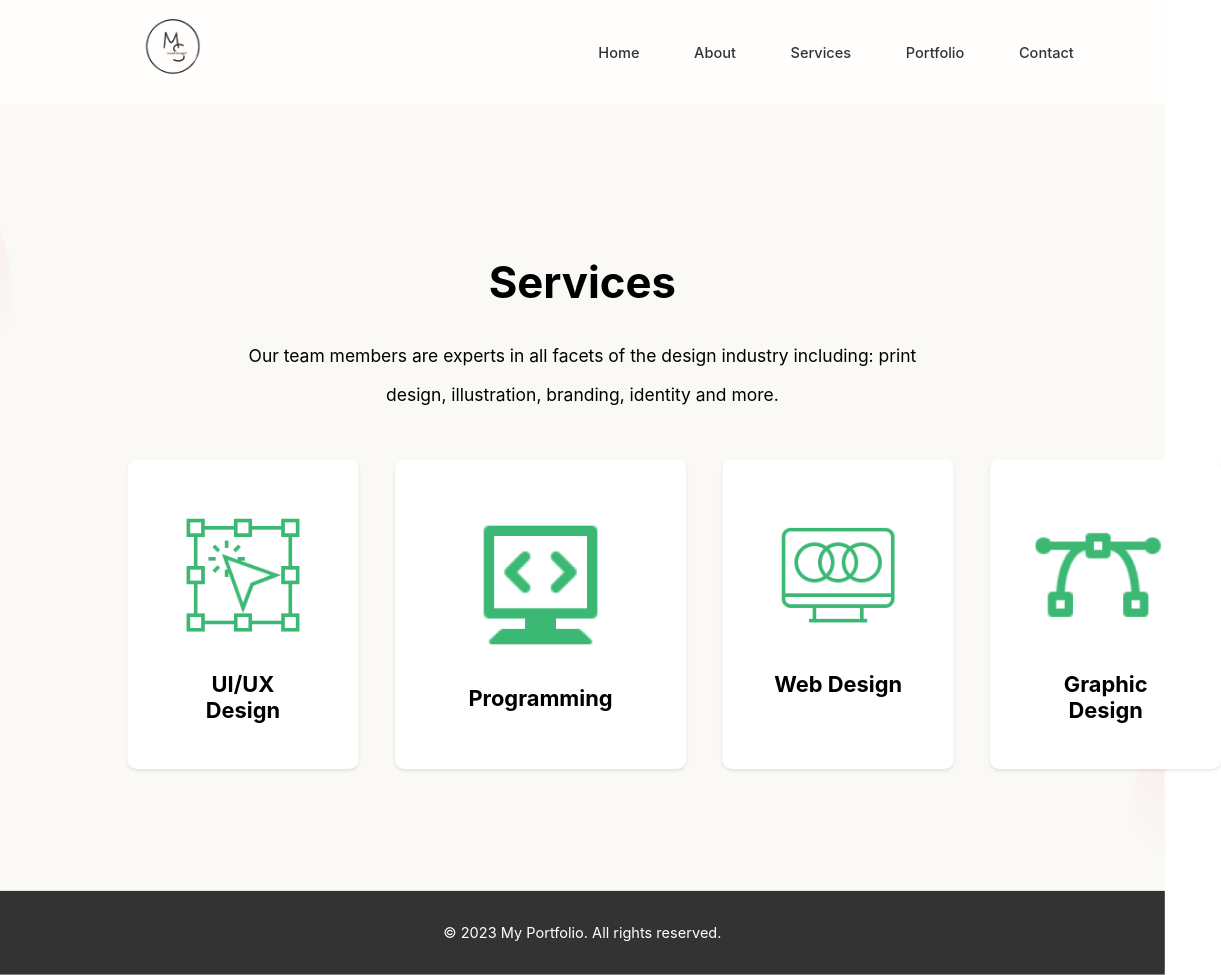
Repository: MEROO1010/Portfolio_00
Page: /services (app in portfolio_00/)
These files come from the project's save history. The page is drawn as it stood at one moment and after the next save; the edit follows.
The browser window is 1280 px wide. The page is 1342 px wide, so the pictures cover 1342 px, including what lies to the right of the window. The pictures show the whole page, at 91% of full size.
The project was rebuilt for these pictures with package versions that can differ from the ones it lists, and the page was loaded fresh each time. Also part of the build but not shown: portfolio_00/src/components/Home.jsx, portfolio_00/src/components/About.jsx, portfolio_00/src/components/Portfolio.jsx, portfolio_00/src/components/Contact.jsx.

Above is the page before, as saved 2024-11-19 10:24:34.

After the next save:
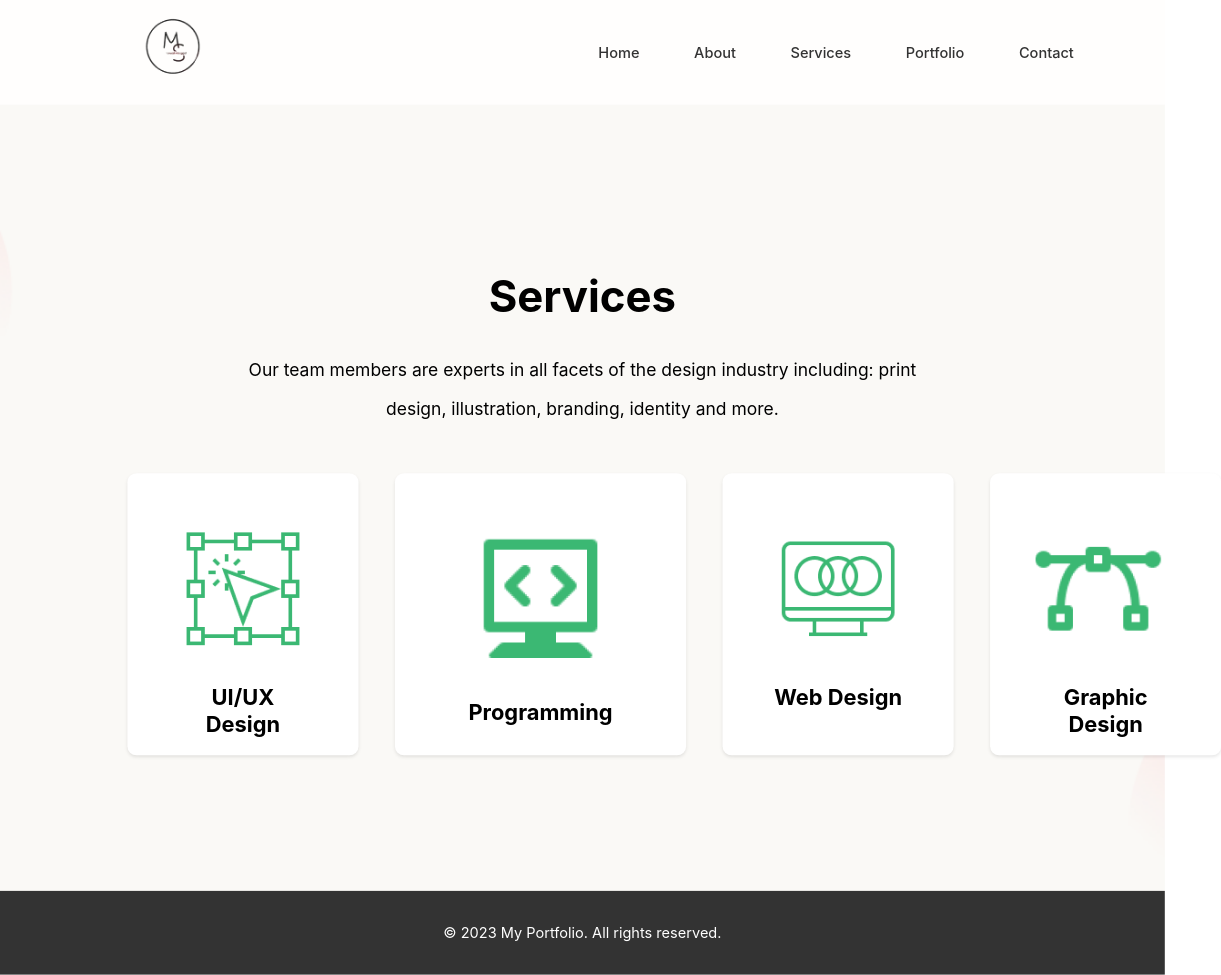
Saved 17 s later.
--- a/portfolio_00/src/components/Services.jsx
+++ b/portfolio_00/src/components/Services.jsx
@@ -48,7 +48,7 @@ const ServiceCard = styled.div`
   box-shadow: 0 2px 4px rgba(0, 0, 0, 0.1);
   text-align: center;
   width: 400px;
-  height:240px;
+  height:210px;
   margin-right: 40px;
   float: left;
   justify-content:space-around;
